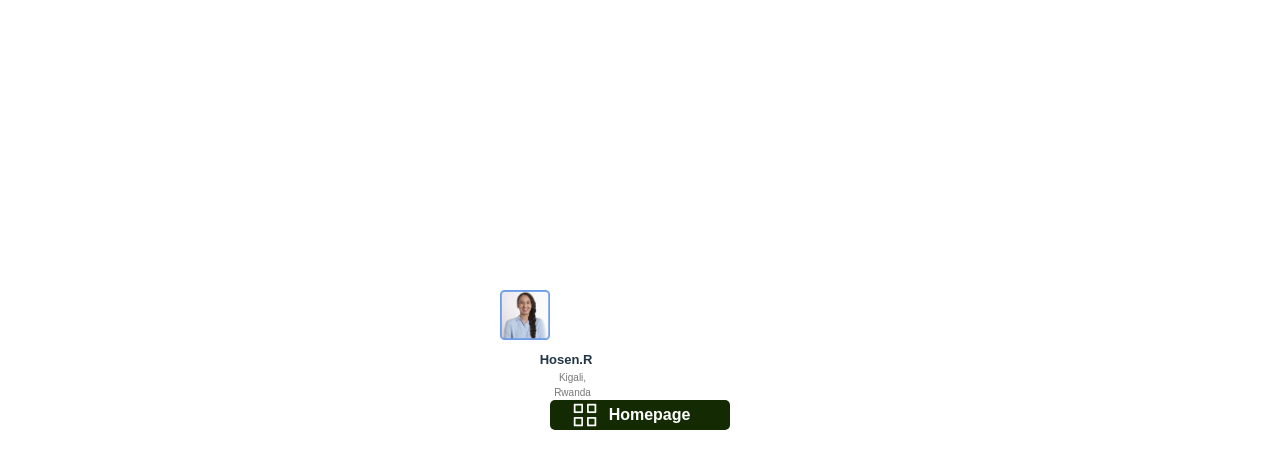
Repository: Auda-frontend/Kenshikeza
Page: /
The author's editor kept a copy of each file at every save. The page is drawn from the files as they stood at one save, then again after a run of saves.
The browser window is 1280 px wide. The pictures show the whole page.
The project was rebuilt for these pictures with package versions that can differ from the ones it lists, and the page was loaded fresh each time. Also part of the build but not shown: vite.config.js.

Above is the page before, as saved 2024-01-25 09:45:24.

After the next 3 saves:
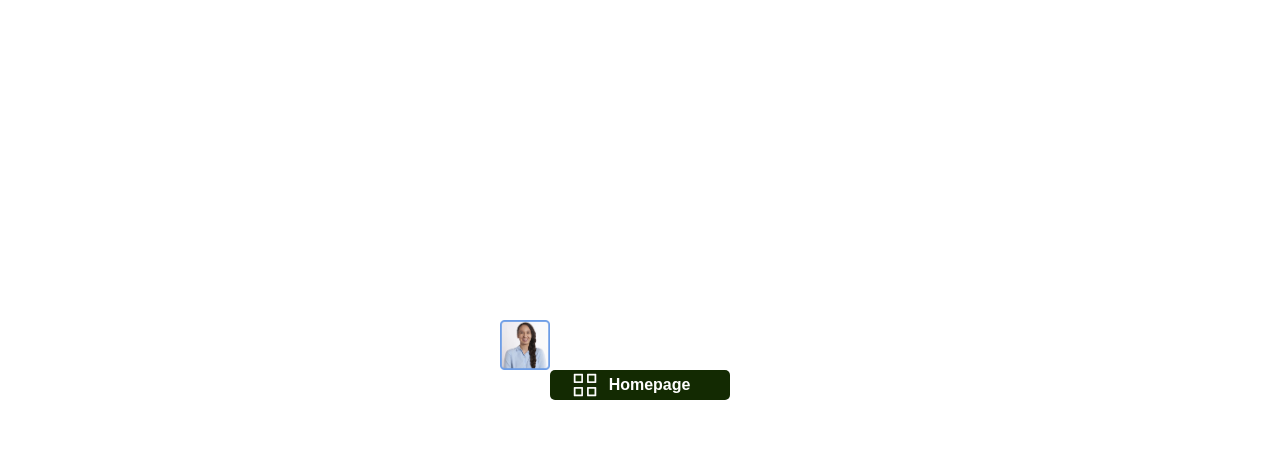
The 3 saves are shown as one change because 1 did not build or start and some came seconds apart.
The last was saved 18 s later.
--- a/src/Components/SideBar.jsx
+++ b/src/Components/SideBar.jsx
@@ -7,11 +7,12 @@ function SideBar() {
   return (
     <div className="container">
     <div className="leftSide">
-<div></div>
+<div>
       <img src={Profile} alt="Profile photo" className="profilePhoto" />
       <div className="desc">
       <h2 className="names">Hosen.R</h2>
       <p>Kigali, Rwanda</p>
+      </div>
       </div>
       <div className="homepage">
         <img src={HomeIcon} alt="Menu icon" className="homeIcon" />
